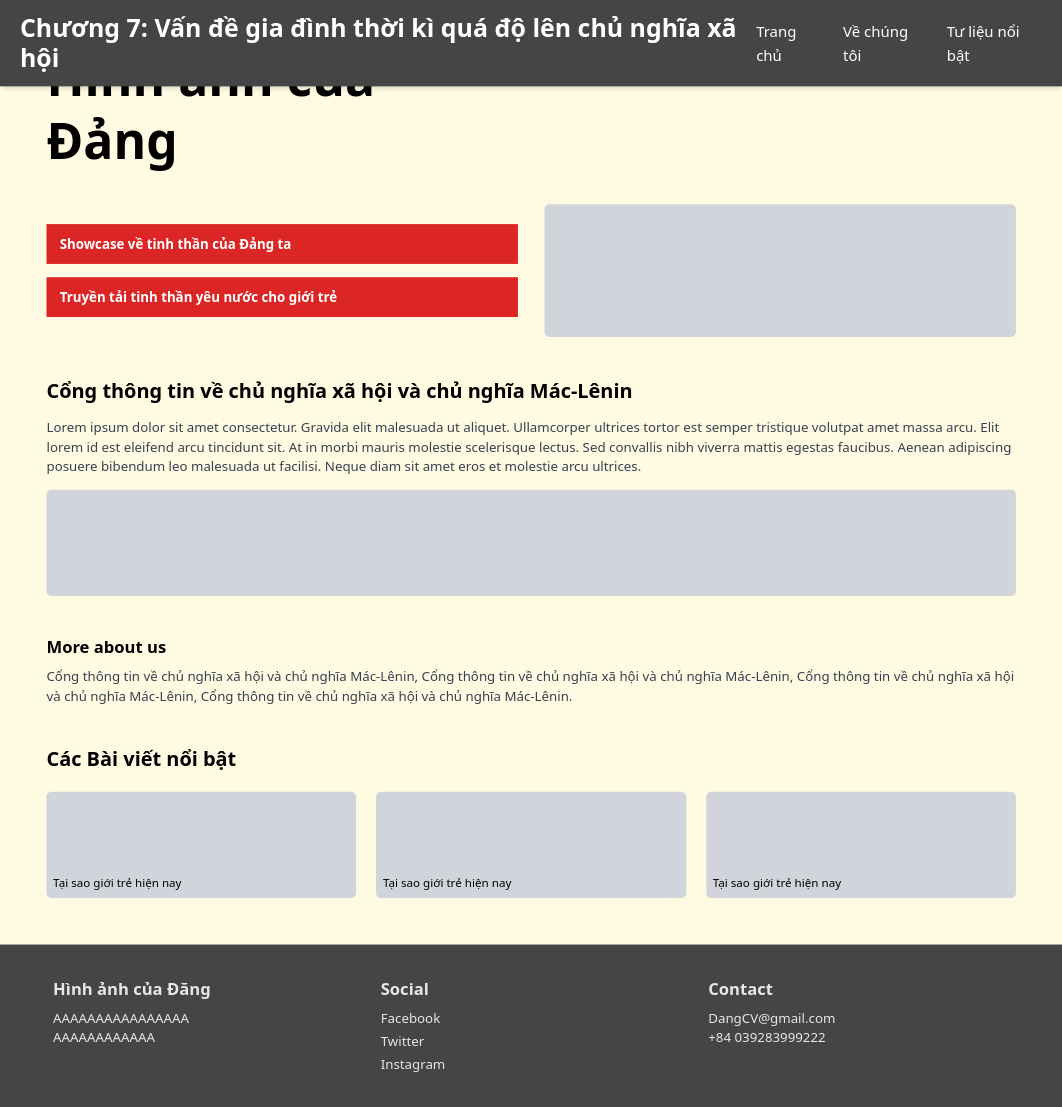
Repository: ultrakhaicraft/PRN232-Website-Showcase
Page: / (app in PRN232/)
The author's editor kept a copy of each file at every save. The page is drawn from the files as they stood at one save, then again after the next save.
The browser window is 1280 px wide. The pictures show the whole page, at 83% of full size.
The project was rebuilt for these pictures with package versions that can differ from the ones it lists, and the page was loaded fresh each time. Also part of the build but not shown: PRN232/vite.config.js, PRN232/src/pages/About.jsx, PRN232/src/pages/News.jsx.

Above is the page before, as saved 2025-09-17 18:53:38.

### PRN232/index.html
<!doctype html>
<html lang="en">
  <head>
    <meta charset="UTF-8" />
    <link rel="icon" type="image/svg+xml" href="/vite.svg" />
    <meta name="viewport" content="width=device-width, initial-scale=1.0" />
    <title>Thuyết trình MLN131</title>
  </head>
  <body>
    <div id="root"></div>
    <script type="module" src="/src/main.jsx"></script>
  </body>
</html>

### PRN232/src/main.jsx
import React from 'react'
import ReactDOM from 'react-dom/client'
import App from './App.jsx'
import './index.css'   // phải có dòng này

ReactDOM.createRoot(document.getElementById('root')).render(
  <React.StrictMode>
    <App />
  </React.StrictMode>,
)

### PRN232/src/App.jsx
import React from "react";
import { BrowserRouter as Router, Routes, Route } from "react-router-dom";

import Homepage from "./pages/HomePage";
import About from "./pages/About";
import News from "./pages/News";
import Navbar from "./components/Narbar";
import Footer from "./components/Footer";

function App() {
  return (
    <Router>
      <div className="flex flex-col min-h-screen">
        {/* Navbar */}
        <Navbar />

        {/* Nội dung page */}
        <main className="flex-grow p-6">
          <Routes>
            <Route path="/" element={<Homepage />} />
            <Route path="/about" element={<About />} />
            <Route path="/news" element={<News />} />
          </Routes>
        </main>

        {/* Footer (optional) */}
        <Footer/>
      </div>
    </Router>
  );
}

export default App;

### PRN232/src/index.css
@tailwind base;
@tailwind components;
@tailwind utilities;

body {
  @apply bg-[#FFFAE2];
}

### PRN232/src/pages/HomePage.jsx
import React from "react";

function Homepage() {
  return (
    <div className="bg-[#FFFAE2] min-h-screen p-8">
      {/* Tiêu đề */}
      <h1 className="mb-10 text-6xl font-extrabold leading-tight">
        Hình ảnh của <br /> Đảng
      </h1>

      {/* Showcase */}
      <div className="grid items-center gap-8 mb-12 md:grid-cols-2">
        <div>
          <div className="px-4 py-3 mb-4 font-semibold text-white bg-red-600">
            Showcase về tinh thần của Đảng ta
          </div>
          <div className="px-4 py-3 font-semibold text-white bg-red-600">
            Truyền tải tinh thần yêu nước cho giới trẻ
          </div>
        </div>
        <div className="h-40 bg-gray-300 rounded-md"></div>
      </div>

      {/* Thông tin giới thiệu */}
      <section className="mb-12">
        <h2 className="mb-4 text-2xl font-bold">
          Cổng thông tin về chủ nghĩa xã hội và chủ nghĩa Mác-Lênin
        </h2>
        <p className="mb-4 text-gray-700">
          Lorem ipsum dolor sit amet consectetur. Gravida elit malesuada ut
          aliquet. Ullamcorper ultrices tortor est semper tristique volutpat
          amet massa arcu. Elit lorem id est eleifend arcu tincidunt sit. At in
          morbi mauris molestie scelerisque lectus. Sed convallis nibh viverra
          mattis egestas faucibus. Aenean adipiscing posuere bibendum leo
          malesuada ut facilisi. Neque diam sit amet eros et molestie arcu
          ultrices.
        </p>
        <div className="h-32 bg-gray-300 rounded-md"></div>
      </section>

      {/* More about us */}
      <section className="mb-12">
        <h2 className="mb-2 text-xl font-bold">More about us</h2>
        <p className="text-gray-700">
          Cổng thông tin về chủ nghĩa xã hội và chủ nghĩa Mác-Lênin,
          Cổng thông tin về chủ nghĩa xã hội và chủ nghĩa Mác-Lênin,
          Cổng thông tin về chủ nghĩa xã hội và chủ nghĩa Mác-Lênin,
          Cổng thông tin về chủ nghĩa xã hội và chủ nghĩa Mác-Lênin.
        </p>
      </section>

      {/* Bài viết nổi bật */}
      <section>
        <h2 className="mb-6 text-2xl font-bold">Các Bài viết nổi bật</h2>
        <div className="grid gap-6 md:grid-cols-3">
          <div className="flex items-end h-32 p-2 text-sm bg-gray-300 rounded-md">
            Tại sao giới trẻ hiện nay
          </div>
          <div className="flex items-end h-32 p-2 text-sm bg-gray-300 rounded-md">
            Tại sao giới trẻ hiện nay
          </div>
          <div className="flex items-end h-32 p-2 text-sm bg-gray-300 rounded-md">
            Tại sao giới trẻ hiện nay
          </div>
        </div>
      </section>
    </div>
  );
}

export default Homepage;

### PRN232/src/components/Narbar.jsx
import React from "react";
import { Link } from "react-router-dom";

function Navbar() {
  return (
    <nav className="fixed top-0 left-0 w-full flex items-center justify-between px-6 py-4 text-white bg-[#454545] shadow-md z-50">
      {/* Logo */}
      <div className="text-3xl font-bold">
        <Link to="/">Chương 7: Vấn đề gia đình thời kì quá độ lên chủ nghĩa xã hội</Link>
      </div>

      {/* Menu */}
      <div className="flex justify-center gap-6 text-lg">
        <Link to="/" className="hover:text-blue-400">Trang chủ</Link>
        <Link to="/about" className="hover:text-blue-400">Về chúng tôi</Link>
        <Link to="/news" className="hover:text-blue-400">Tư liệu nổi bật</Link>
      </div>
    </nav>
  );
}

export default Navbar;

### PRN232/src/components/Footer.jsx
import React from "react";

function Footer() {
  return (
    <footer className="px-6 py-10 text-gray-200 bg-[#454545]">
      <div className="grid max-w-6xl grid-cols-1 gap-8 mx-auto md:grid-cols-3">

        {/* Cột 1 */}
        <div>
          <h2 className="mb-2 text-xl font-bold">Hình ảnh của Đăng</h2>
          <p>
            AAAAAAAAAAAAAAAA <br />
            AAAAAAAAAAAA
          </p>
        </div>

        {/* Cột 2 */}
        <div>
          <h2 className="mb-2 text-xl font-bold">Social</h2>
          <ul className="space-y-1">
            <li><a href="#" className="hover:text-blue-400">Facebook</a></li>
            <li><a href="#" className="hover:text-blue-400">Twitter</a></li>
            <li><a href="#" className="hover:text-blue-400">Instagram</a></li>
          </ul>
        </div>

        {/* Cột 3 */}
        <div>
          <h2 className="mb-2 text-xl font-bold">Contact</h2>
          <p>DangCV@gmail.com</p>
          <p>+84 039283999222</p>
        </div>
      </div>
    </footer>
  );
}

export default Footer;

### PRN232/tailwind.config.js
/** @type {import('tailwindcss').Config} */
export default {
  content: [
    "./index.html",
    "./src/**/*.{js,ts,jsx,tsx}",   // rất quan trọng
  ],
  theme: {
    extend: {},
  },
  plugins: [],
};

After the next save:
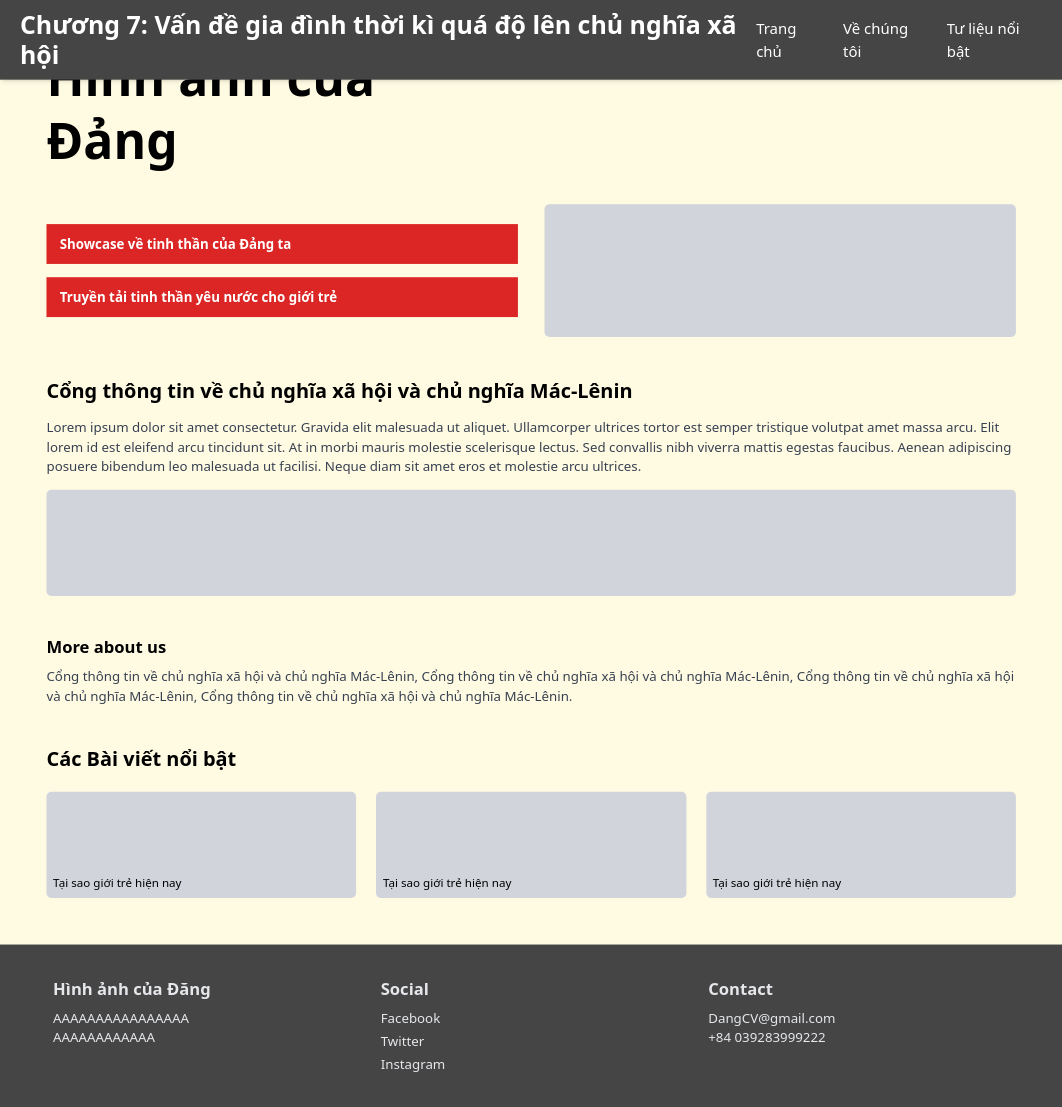
Saved 47 s later.
--- a/PRN232/src/components/Narbar.jsx
+++ b/PRN232/src/components/Narbar.jsx
@@ -3,7 +3,7 @@ import { Link } from "react-router-dom";
 
 function Navbar() {
   return (
-    <nav className="fixed top-0 left-0 w-full flex items-center justify-between px-6 py-4 text-white bg-[#454545] shadow-md z-50">
+    <nav className="fixed top-0 left-0 w-full flex items-center justify-between px-6 py-3 text-white bg-[#454545] shadow-md z-50">
       {/* Logo */}
       <div className="text-3xl font-bold">
         <Link to="/">Chương 7: Vấn đề gia đình thời kì quá độ lên chủ nghĩa xã hội</Link>
